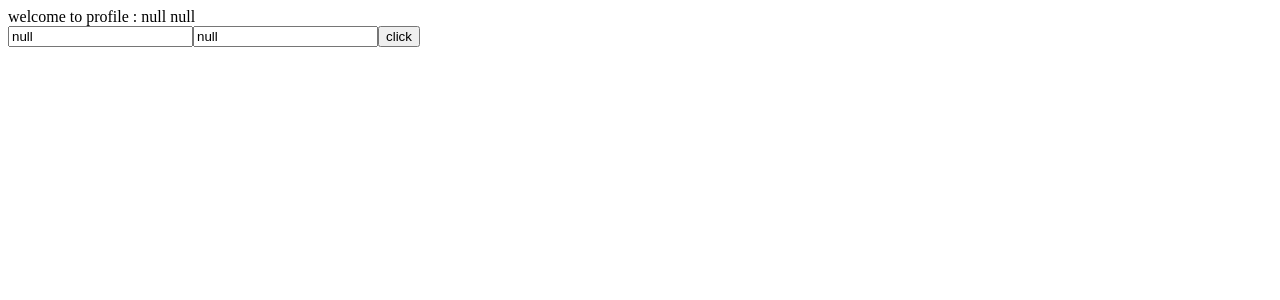
Repository: Asterisc-Institute/Advance-Java-Batch5
Page: http://localhost/Session-Day03/profile
An editor plug-in stored every save of this project. The page is shown before and after the next save, followed by the edit.
The browser window is 1280 px wide. The pictures show the whole page.
The page is served by Tomcat 9. Other server files are loaded and not shown.

Above is the page before, as saved 2023-05-08 12:09:46.

### Session-Day03/src/MyServ2.java


import java.io.IOException;
import java.io.PrintWriter;

import javax.servlet.RequestDispatcher;
import javax.servlet.ServletException;
import javax.servlet.annotation.WebServlet;
import javax.servlet.http.Cookie;
import javax.servlet.http.HttpServlet;
import javax.servlet.http.HttpServletRequest;
import javax.servlet.http.HttpServletResponse;

//Topic :	Cookies

@WebServlet("/profile")
public class MyServ2 extends HttpServlet {

	protected void doGet(HttpServletRequest request, HttpServletResponse response) throws ServletException, IOException {
		System.out.println("doGet");
		response.setContentType("text/html");
		PrintWriter out=response.getWriter();

		String name=request.getParameter("uname");
		String pass=request.getParameter("upass");

		out.print("welcome to profile : "+name+" "+pass);

		out.print("<form action='about'>");
		out.print("<input type='text' name='uname' value='"+name+"'>");
		out.print("<input type='text' name='upass' value='"+pass+"'>");
		out.print("<input type='submit' value='click'>");
		out.print("</form>");



	}


	protected void doPost(HttpServletRequest request, HttpServletResponse response) throws ServletException, IOException {
		doGet(request, response);
		System.out.println("doPost");
	}

}

After the next save:
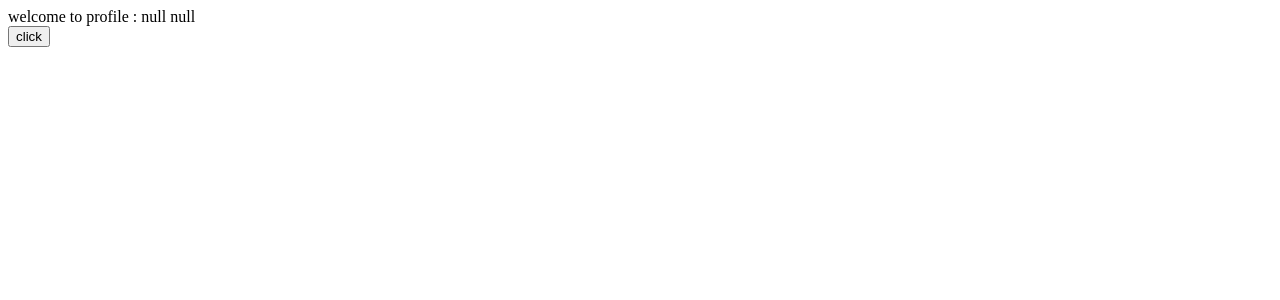
Saved 32 s later.
--- a/Session-Day03/src/MyServ2.java
+++ b/Session-Day03/src/MyServ2.java
@@ -27,8 +27,8 @@ public class MyServ2 extends HttpServlet {
 		out.print("welcome to profile : "+name+" "+pass);
 
 		out.print("<form action='about'>");
-		out.print("<input type='text' name='uname' value='"+name+"'>");
-		out.print("<input type='text' name='upass' value='"+pass+"'>");
+		out.print("<input type='hidden' name='uname' value='"+name+"'>");
+		out.print("<input type='hidden' name='upass' value='"+pass+"'>");
 		out.print("<input type='submit' value='click'>");
 		out.print("</form>");
 
